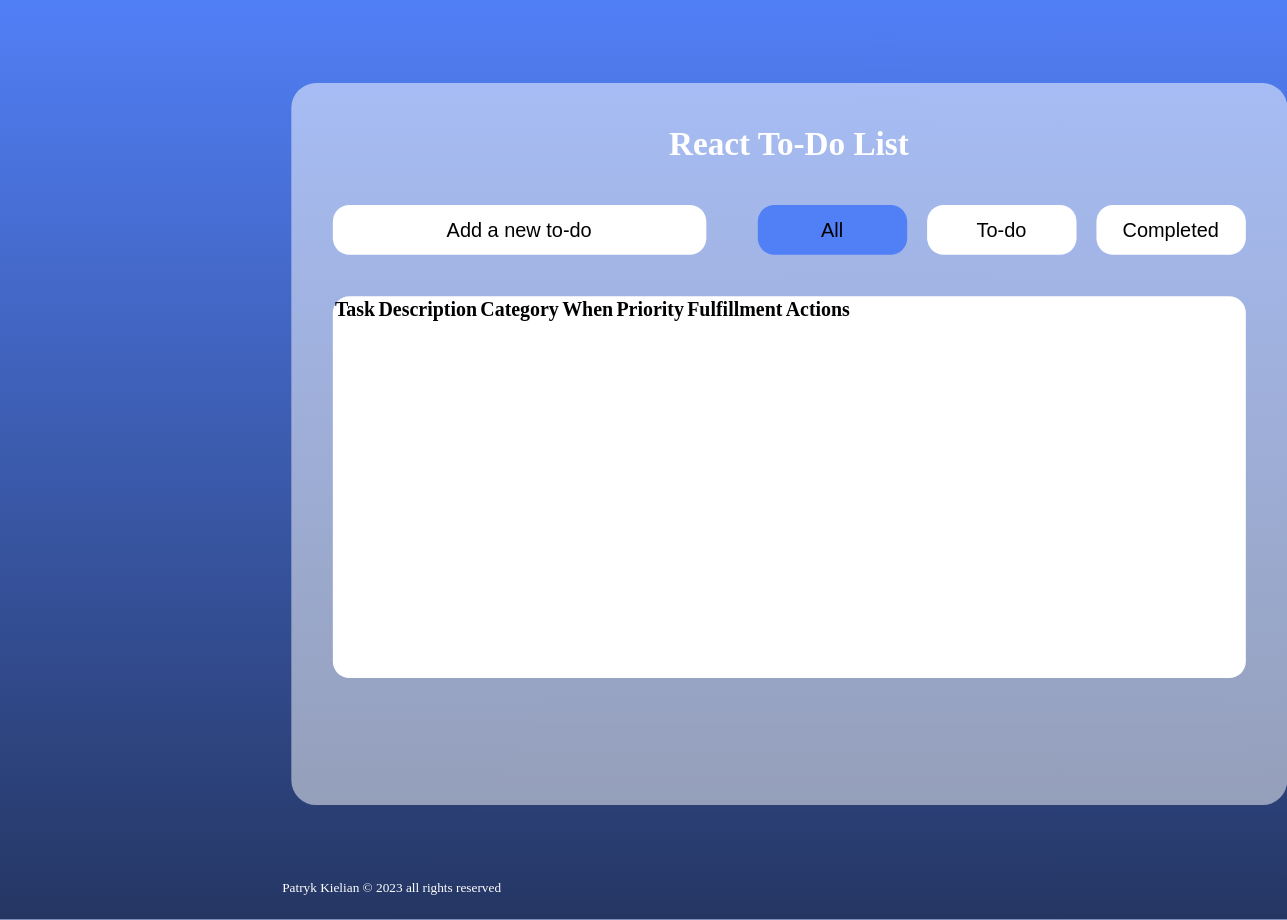
Repository: mirajane2/maquette-todo
Page: index.html
An editor plug-in stored every save of this project. The page is shown before and after the next save, followed by the edit.
The browser window is 1280 px wide. The page is 1551 px wide, so the pictures cover 1551 px, including what lies to the right of the window. The pictures show the whole page, at 83% of full size.
The page's requests for data from a server got no answer.

Above is the page before, as saved 2024-11-18 11:57:17.

After the next save:
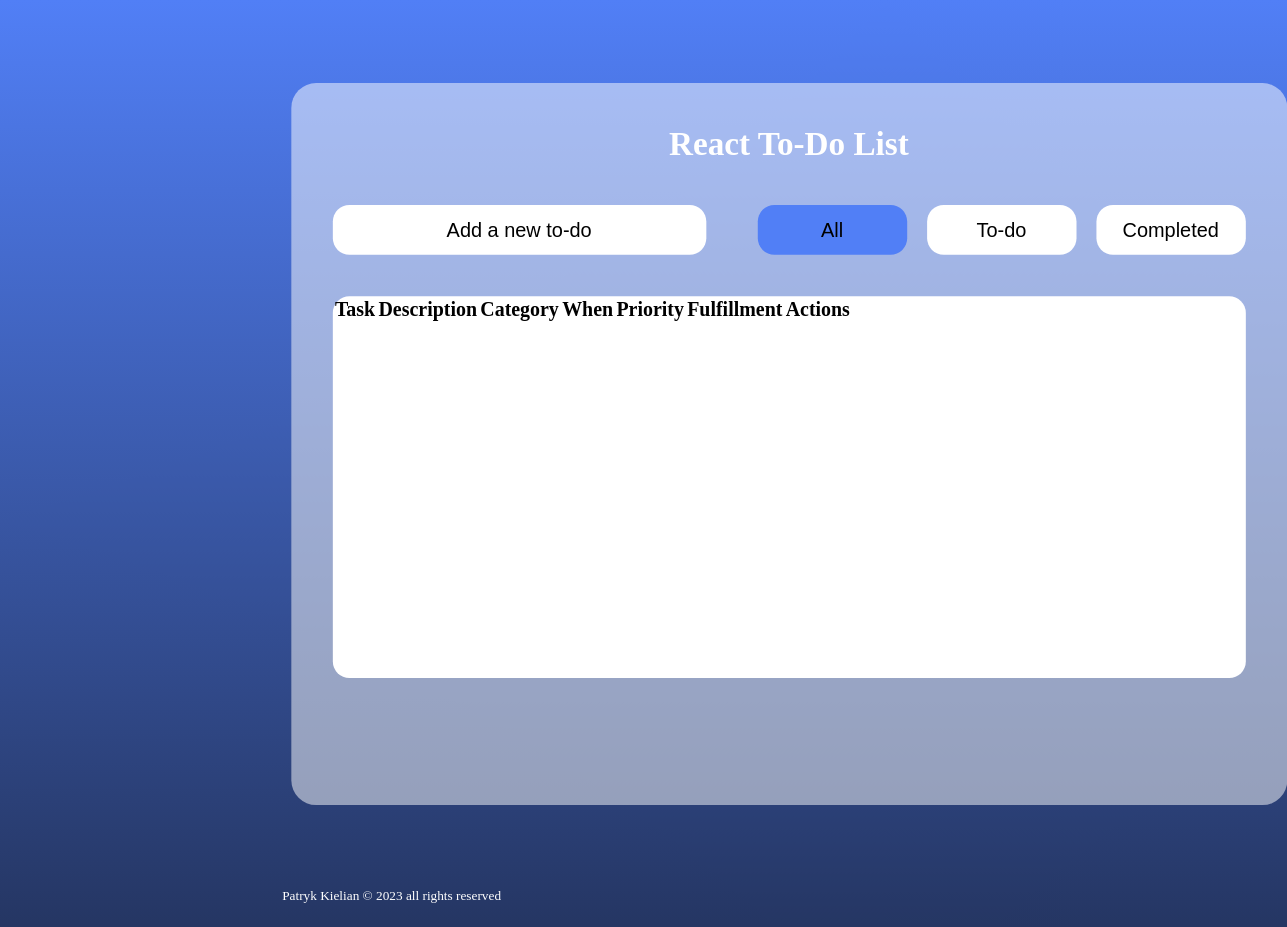
Saved 75 min 50 s later.
--- a/index.css
+++ b/index.css
@@ -8,8 +8,8 @@ body{
 }
 
 .container {
-    width: 1197px;
-    height: 932px;
+    width: 100%;
+    height: 100%;
 }
 
 .content{
